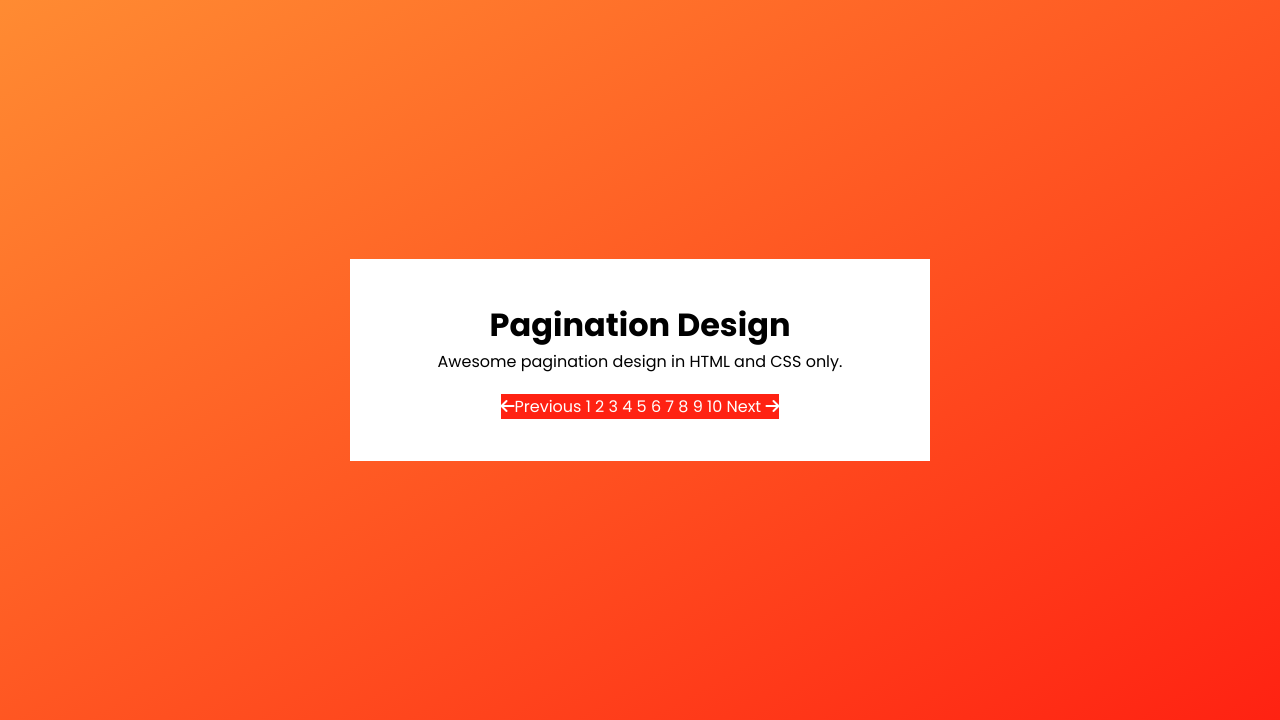
Repository: Ankitkr2021/Awesome-Pagination
Page: index.html
These files come from the project's save history. The page is drawn as it stood at one moment and after the next save; the edit follows.
The browser window is 1280 px wide. The pictures show the whole page.

Above is the page before, as saved 2025-10-02 09:00:39.

After the next save:
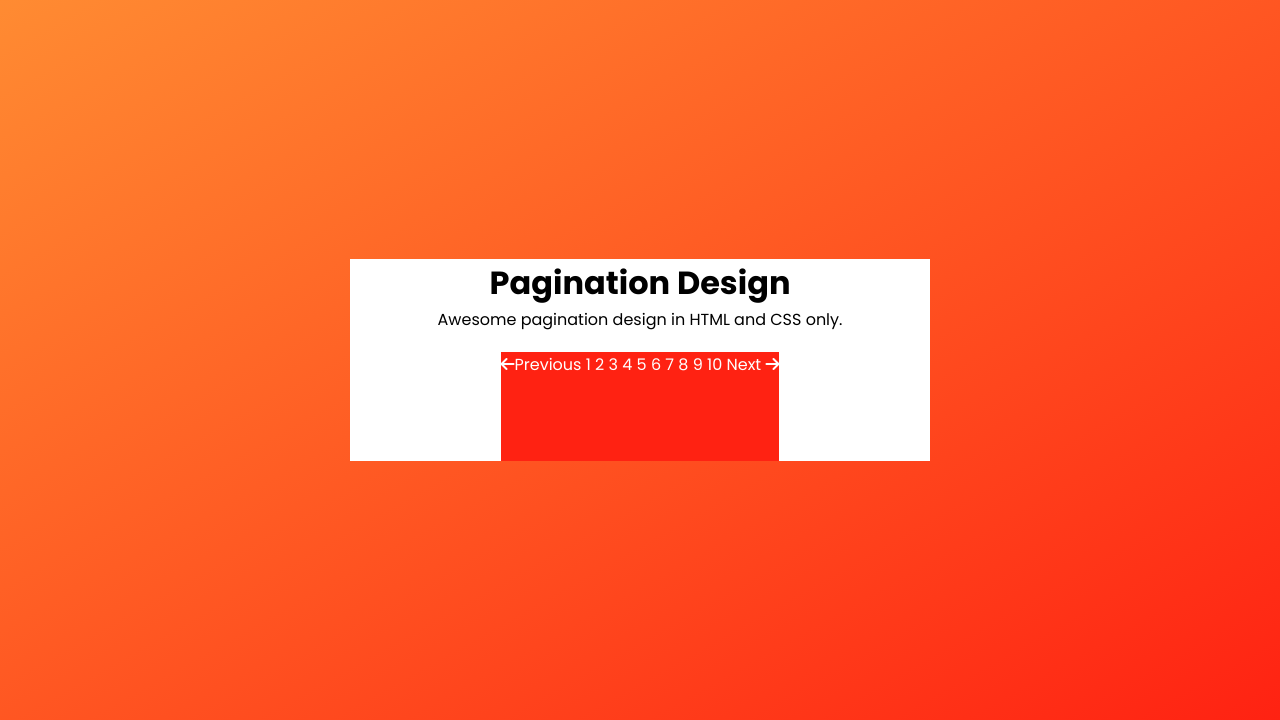
Saved 6 s later.
--- a/style.css
+++ b/style.css
@@ -37,5 +37,5 @@ p {
 .box {
     background: rgb(255, 34, 18);
     color: #fff;
-    h
+    height: 120px;
 }
